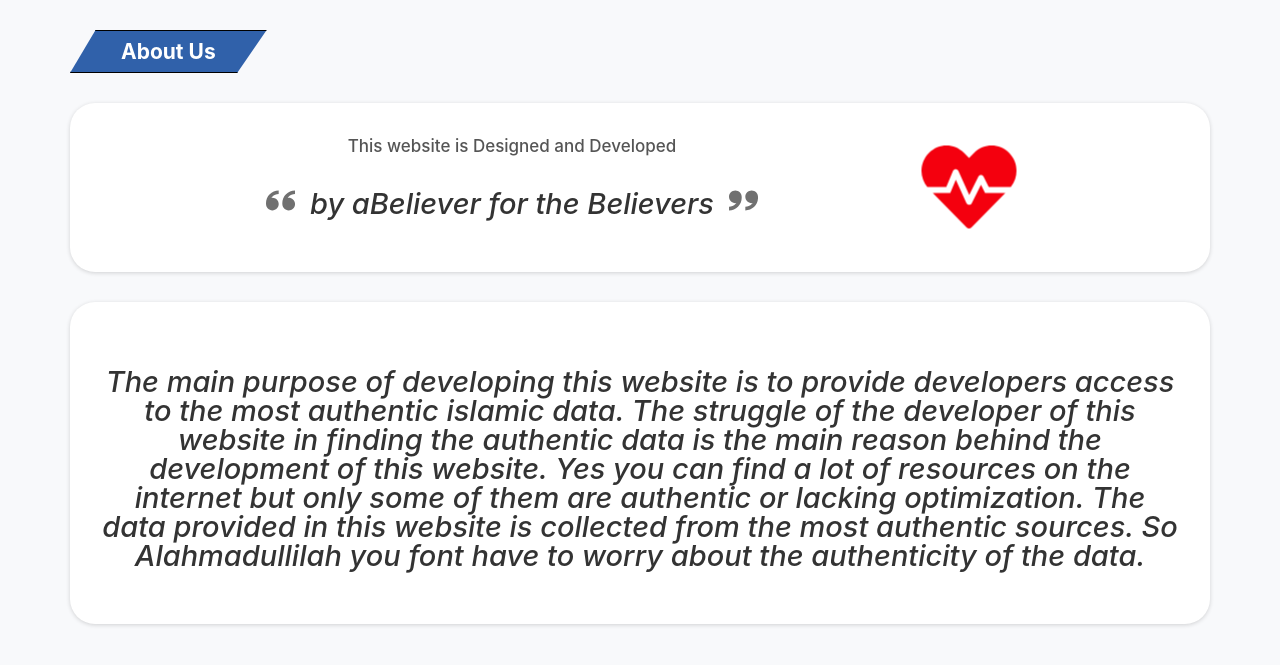
Repository: SpicierEwe/islamic-dev-repo
Page: /legal/about_us
These files come from the project's save history. The page is drawn as it stood at one moment and after the next save; the edit follows.
The browser window is 1280 px wide. The pictures show the whole page.
The project was rebuilt for these pictures with package versions that can differ from the ones it lists, and the page was loaded fresh each time. The framework's server and built-in components were replaced by stand-ins that run in the browser. Also part of the build but not shown: next.config.js.

Above is the page before, as saved 2022-09-16 17:32:36.

### pages/_app.js
import "../styles/globals.css";
import { DataContextProvider } from "../store/data_context";

function MyApp({ Component, pageProps }) {
  return (
    <DataContextProvider>
      <Component {...pageProps} />
    </DataContextProvider>
  );
}

export default MyApp;

### pages/legal/about_us.js
import AboutUs from "../../components/legal/about_us/about_us";

export default function Legal() {
  return (
    <div>
      <AboutUs></AboutUs>
    </div>
  );
}

### styles/globals.css
html,
body,
div,
span,
applet,
object,
iframe,
h1,
h2,
h3,
h4,
h5,
h6,
p,
blockquote,
pre,
a,
abbr,
acronym,
address,
big,
cite,
code,
del,
dfn,
em,
img,
ins,
kbd,
q,
s,
samp,
small,
strike,
strong,
sub,
sup,
tt,
var,
b,
u,
i,
center,
dl,
dt,
dd,
ol,
ul,
li,
fieldset,
form,
label,
legend,
table,
caption,
tbody,
tfoot,
thead,
tr,
th,
td,
article,
aside,
canvas,
details,
embed,
figure,
figcaption,
footer,
header,
hgroup,
menu,
nav,
output,
ruby,
section,
summary,
time,
mark,
audio,
video {
  margin: 0;
  padding: 0;
  border: 0;
  vertical-align: baseline;
}
/* HTML5 display-role reset for older browsers */
article,
aside,
details,
figcaption,
figure,
footer,
header,
hgroup,
menu,
nav,
section {
  display: block;
}
body {
  line-height: 1;
}
ol,
ul {
  list-style: none;
}
blockquote,
q {
  quotes: none;
}
blockquote:before,
blockquote:after,
q:before,
q:after {
  content: "";
  content: none;
}
table {
  border-collapse: collapse;
  border-spacing: 0;
}

/*

 ////////////////////////////////////////////////////////////////////////////from here are the styles
 //////////////////////////////////////////////////////////////////////////

*/

:root {
  --complementary-blue: #0077b6;
  --heading_black: #080808;
}

html {
  font-size: 62.5%;
}

html,
body {
  padding: 0;
  margin: 0;
  /* font-family: "Roboto", "Open Sans", sans-serif, -apple-system,
    BlinkMacSystemFont, Segoe UI, Roboto, Oxygen, Ubuntu, Cantarell, Fira Sans,
    Droid Sans, Helvetica Neue, sans-serif; */

  font-family: -apple-system, BlinkMacSystemFont, Segoe UI, Roboto, Oxygen,
    Ubuntu, Cantarell, Fira Sans, Droid Sans, Helvetica Neue, sans-serif;
  font-weight: 400;
  line-height: 1;
  color: #555;
  box-sizing: border-box;

  background-color: #f8f9fb;

  /* will make the website unselectable/copyable */
  /* -webkit-touch-callout: none;
  -webkit-user-select: none;
  -khtml-user-select: none;
  -moz-user-select: none;
  -ms-user-select: none;
  user-select: none; */
}

a {
  color: inherit;
  text-decoration: none;
}

* {
  box-sizing: border-box;
}

### store/data_context.js
import { createContext, useState } from "react";

const DataContext = createContext({
  db: [],
  downlodable_data: [],
  globaliseDataFunction: (data) => {},
  globaliseDownloadableData: (data) => {},
});

export function DataContextProvider(props) {
  const [db, setDb] = useState([]);
  const [downlodableData, setdownlodableData] = useState([]);

  // globalize db
  function globaliseData(data) {
    /// will update the data
    setDb(data);
  }

  // globalize db
  function globaliseDownloadableData(data) {
    /// will update the data
    setdownlodableData(data);
  }

  const context = {
    db: db,
    downlodable_data: downlodableData,
    globaliseDataFunction: globaliseData,
    globaliseDownloadableData: globaliseDownloadableData,
  };

  return (
    <DataContext.Provider value={context}>
      {props.children}
    </DataContext.Provider>
  );
}

export default DataContext;

### components/legal/about_us/about_us.js
import styles from "./about_us.module.css";
import Image from "next/image";
import { ImQuotesLeft, ImQuotesRight } from "react-icons/im";
import { FaHeartbeat } from "react-icons/fa";

export default function AboutUs(props) {
  return (
    <div className={styles.bg}>
      <h1 className={styles.page_title}>About Us</h1>
      <div className={styles.container_development}>
        <div>
          <p className={styles.intro}>This website is Designed and Developed</p>
          <blockquote>
            <h3 className={styles.quote}>
              <ImQuotesLeft color="#707070" style={{ marginRight: "1.5rem" }} />
              by aBeliever for the Believers
              <ImQuotesRight color="#707070" style={{ marginLeft: "1.5rem" }} />
            </h3>
          </blockquote>
        </div>
        <div className={styles.heart_icon}>
          <FaHeartbeat size="9rem" color="f4000e" />
        </div>
      </div>
      <div className={styles.container_development}>
        <p className={styles.summary}>
          The main purpose of developing this website is to provide developers
          access to the most authentic islamic data. The struggle of the
          developer of this website in finding the authentic data is the main
          reason behind the development of this website. Yes you can find a lot
          of resources on the internet but only some of them are authentic or
          lacking optimization. The data provided in this website is collected
          from the most authentic sources. So Alahmadullilah you font have to
          worry about the authenticity of the data.
        </p>
      </div>
    </div>
  );
}

### components/legal/about_us/about_us.module.css
.bg {
  /* background-color: red; */
  max-width: 120rem;
  padding: 0 3rem;
  margin: 0 auto;
}

.page_title {
  margin-top: 3rem;
  display: inline-block;
  clip-path: polygon(13% 0, 100% 0%, 85% 100%, 0% 100%);
  background-color: #3061aa;
  color: white;
  border: 1px solid black;
  padding: 1rem 5rem;
  font-size: 2.1rem;
}

.container_development {
  justify-content: center;
  align-items: center;
  display: flex;
  border-radius: 2.5rem;
  margin-top: 3rem;
  background-color: white;
  padding: 3.5rem 3rem;
  box-shadow: rgba(0, 0, 0, 0.16) 0px 1px 4px;
  justify-content: space-evenly;
}

.intro {
  text-align: center;
  font-weight: 500;
  color: #555;
  font-size: 1.7rem;
}

.quote {
  margin-top: 3rem;
  color: #333;
  font-weight: 500;
  font-size: 2.9rem;
  font-style: italic;
  padding-bottom: 1.9rem;
  text-align: center;
}

/* heart icon */
.heart_icon {
  animation: heartBeat 1.5s infinite;
}

/* heart icon animation */
@keyframes heartBeat {
  0% {
    transform: scale(1);
  }
  20% {
    transform: scale(1.1);
  }
  40% {
    transform: scale(1);
  }
  60% {
    transform: scale(1.1);
  }
  80% {
    transform: scale(1);
  }
  100% {
    transform: scale(1);
  }
}

.summary {
  margin-top: 3rem;
  max-width: fit-content;
  color: #333;
  font-weight: 500;
  font-size: 2.9rem;
  font-style: italic;
  padding-bottom: 1.9rem;
  text-align: center;
}

/* media query */
@media (max-width: 768px) {
  .container_development {
    flex-direction: column;
    row-gap: 1.5rem;
  }
}

After the next save:
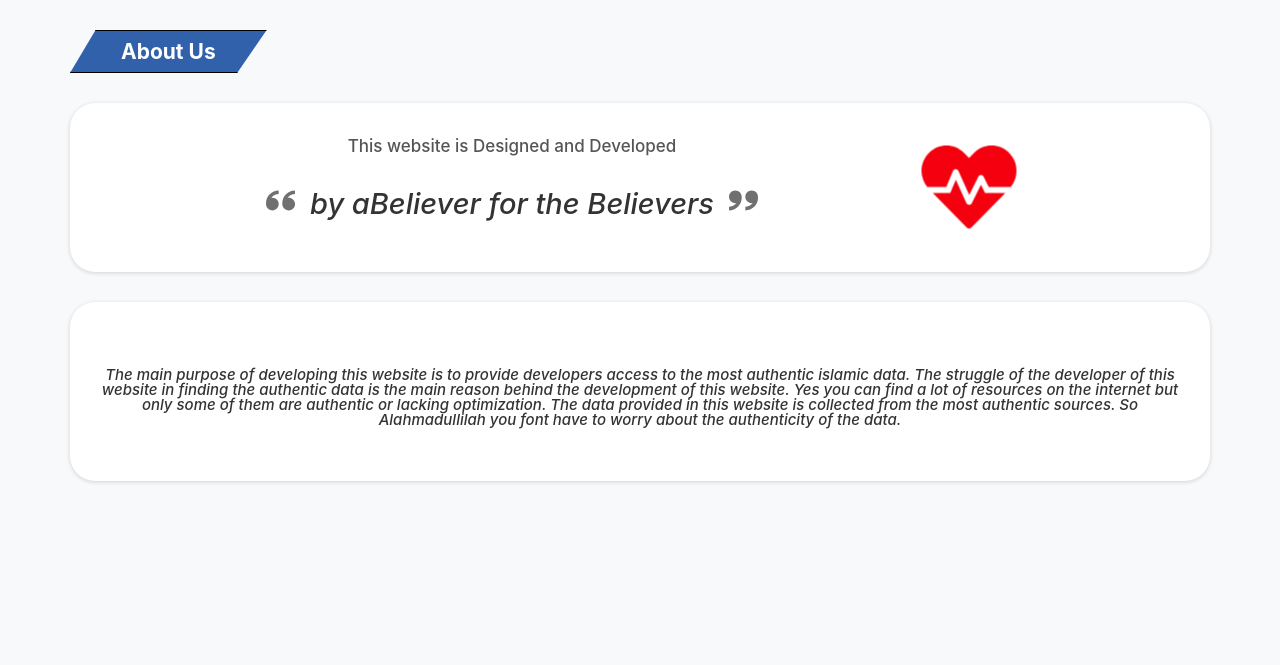
Saved 7 s later.
--- a/components/legal/about_us/about_us.module.css
+++ b/components/legal/about_us/about_us.module.css
@@ -77,7 +77,7 @@
   max-width: fit-content;
   color: #333;
   font-weight: 500;
-  font-size: 2.9rem;
+  font-size: 1.5rem;
   font-style: italic;
   padding-bottom: 1.9rem;
   text-align: center;
